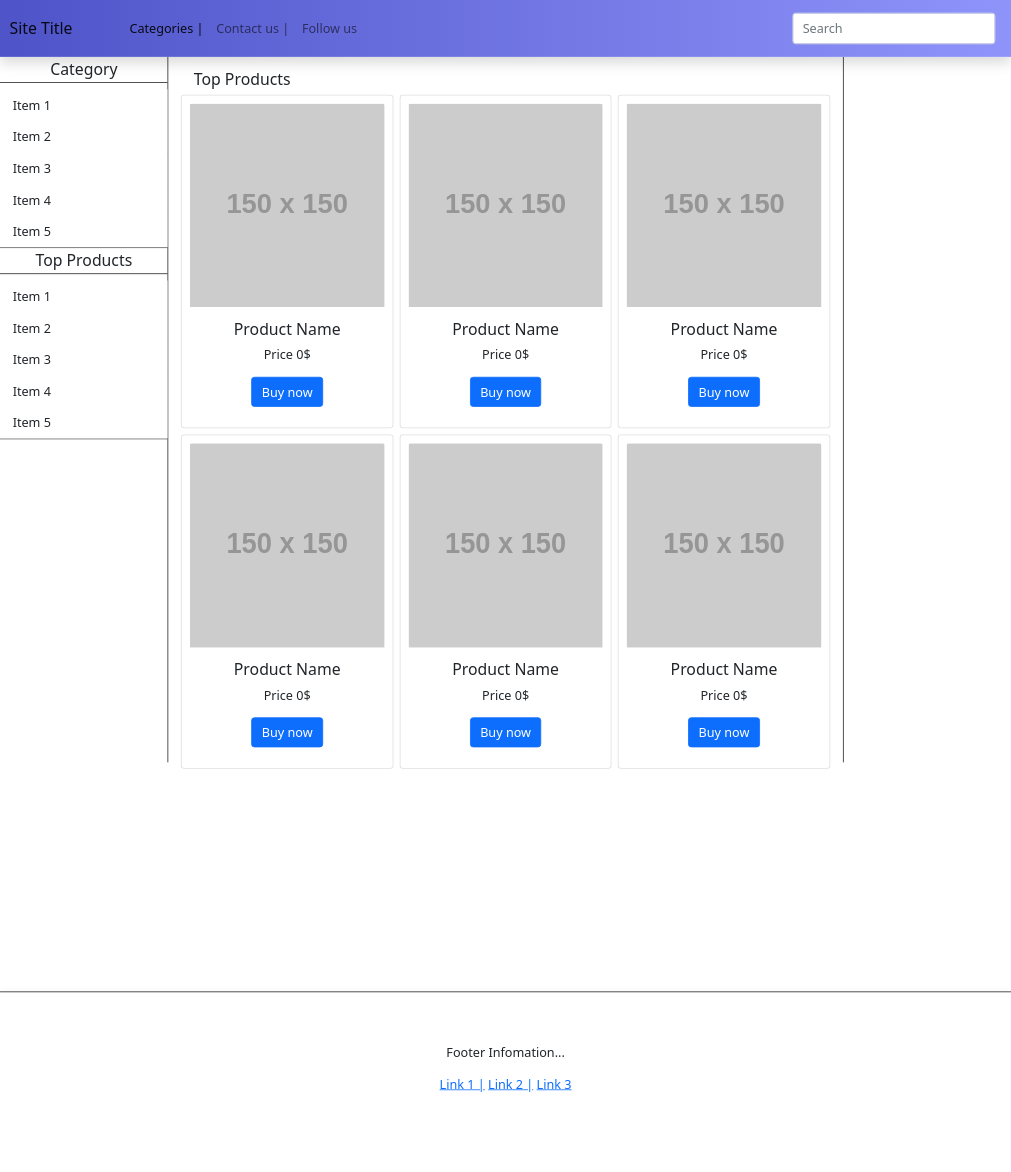
Repository: ttranhhoang/layoutBS
Page: layoutBS2/index.html
An editor plug-in stored every save of this project. The page is shown before and after a run of saves, followed by the edit.
The browser window is 1280 px wide. The pictures show the whole page, at 79% of full size.

Above is the page before, as saved 2022-04-24 23:14:36.

After the next 2 saves:
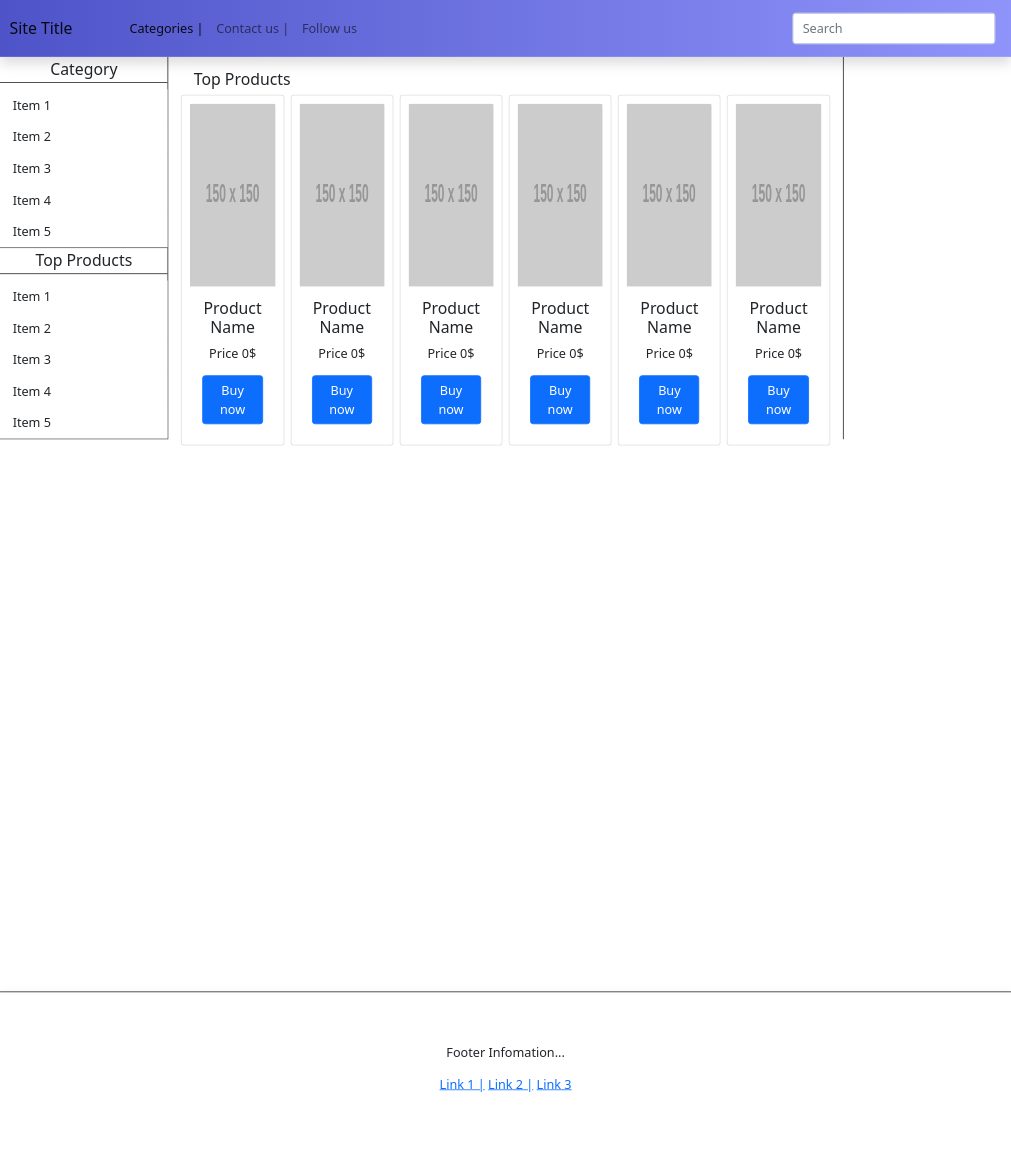
The 2 saves are shown as one change because they came seconds apart.
The last was saved 78 s later.
--- a/layoutBS2/index.html
+++ b/layoutBS2/index.html
@@ -106,7 +106,7 @@
         </div>
         <div class="col-md-8 col-9 p-3 text-center position-relative">
           <h5 class="text-start text-dark ps-3">Top Products</h5>
-          <div class="row row-cols-1 row-cols-md-3 g-2 h-100">
+          <div class="row row-cols-1 row-cols-md-6 g-2 h-100">
             <div class="col">
               <div class="card h-100">
                 <img
